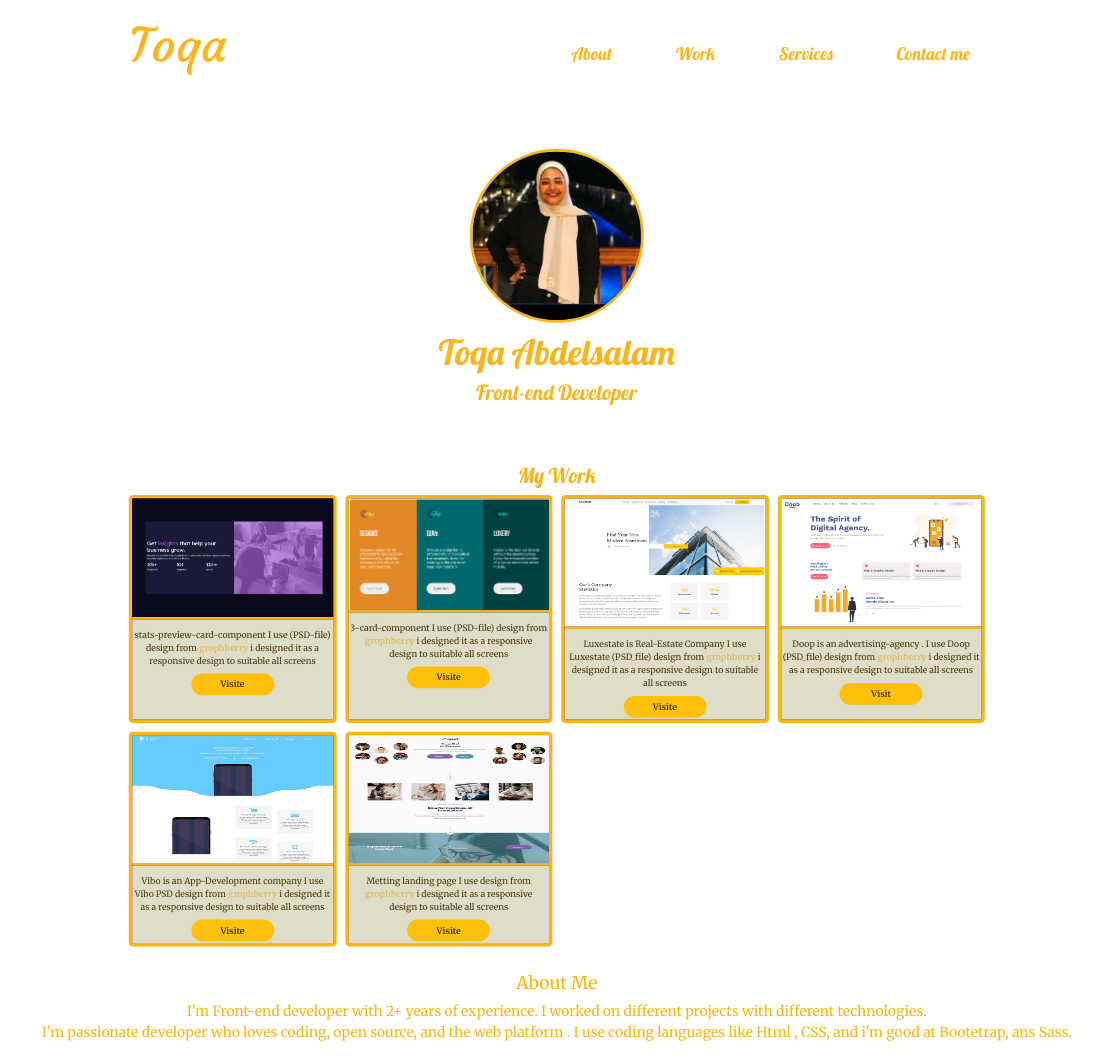
Repository: Toqa-25/portfolio
Page: index.html
These files come from the project's save history. The page is drawn as it stood at one moment and after a run of saves; the edit follows.
The browser window is 1280 px wide. The pictures show the whole page, at 87% of full size.
Some web fonts or font styles are not loaded; a fallback is used.

Above is the page before, as saved 2021-10-31 18:13:18.

After the next 2 saves:
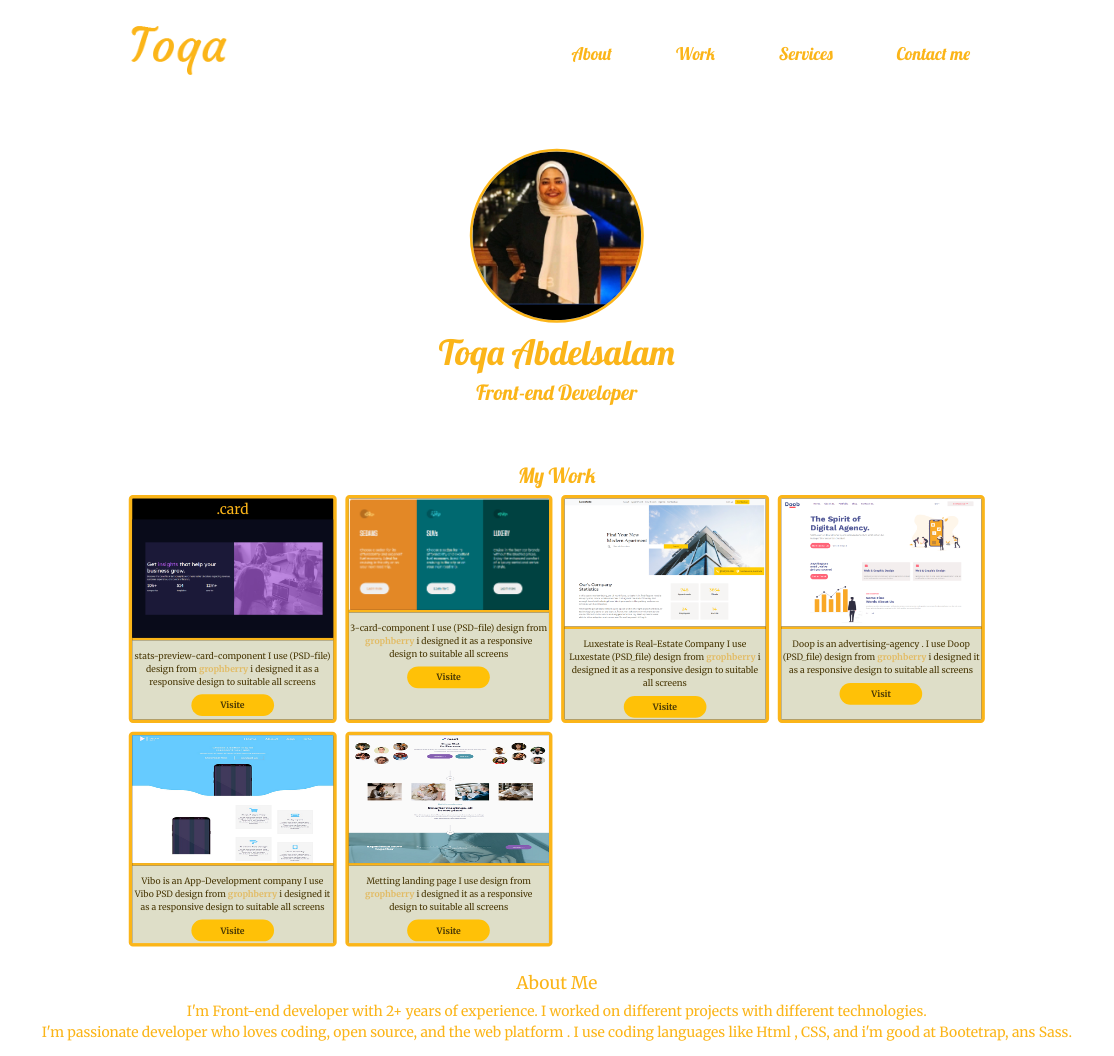
The 2 saves are shown as one change because they came seconds apart.
The last was saved 29 s later.
--- a/index.html
+++ b/index.html
@@ -71,6 +71,7 @@
           <h4 class="work-head">My Work</h4>
           <div class="work-content">
       <div class="project card" role="menu">
+        .card
         <img src="images/toqa-25.github.io_stats-preview-card-component-main_.png" alt="">
         <p>stats-preview-card-component
       I use  (PSD-file) design from <span> <a href="https://www.frontendmentor.io/">grophberry</a></span>

After the 2 saves that followed:
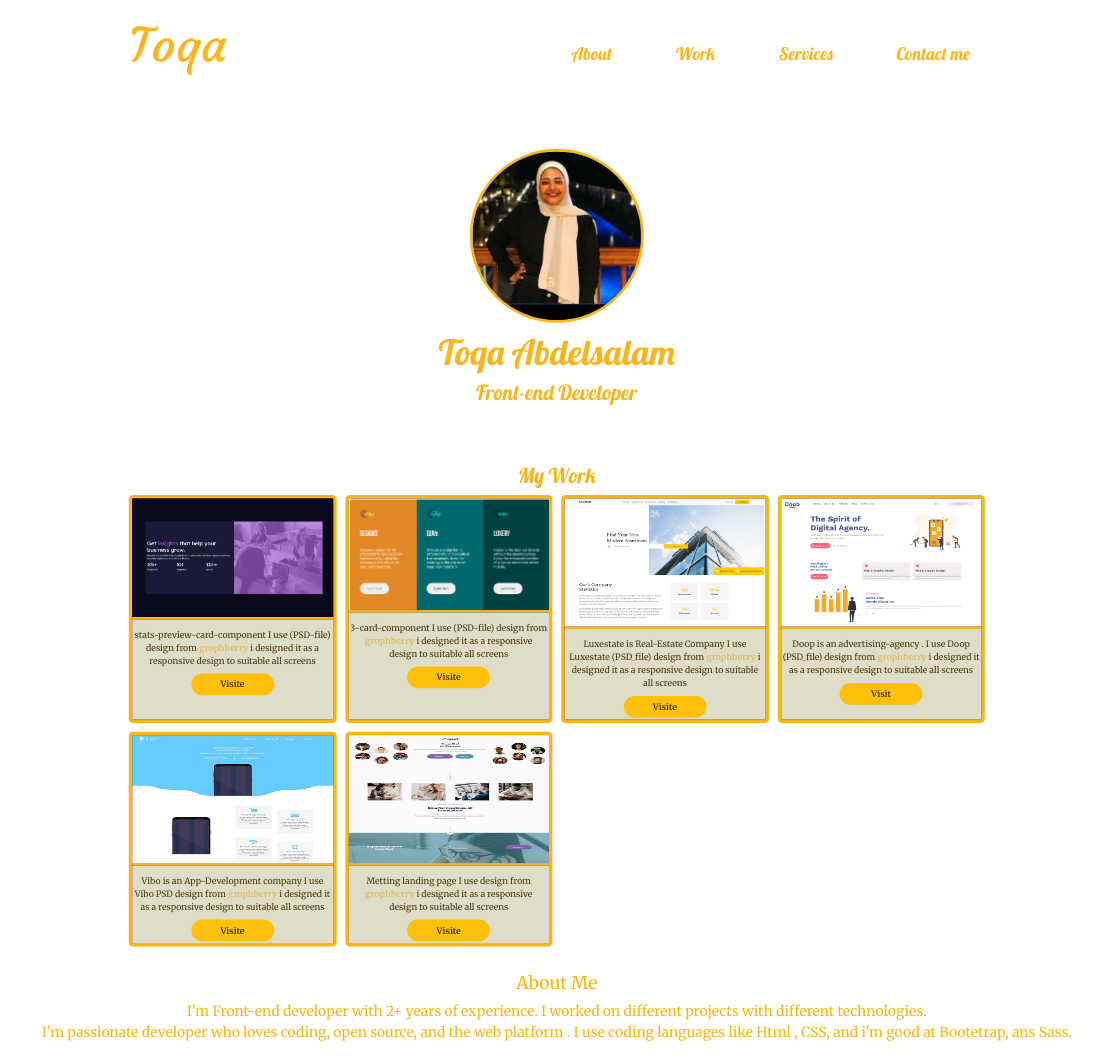
The 2 saves are shown as one change because they came seconds apart.
The last was saved 7 s later.
--- a/index.html
+++ b/index.html
@@ -71,8 +71,10 @@
           <h4 class="work-head">My Work</h4>
           <div class="work-content">
       <div class="project card" role="menu">
-        .card
-        <img src="images/toqa-25.github.io_stats-preview-card-component-main_.png" alt="">
+        <div class="card-img">
+
+          <img src="images/toqa-25.github.io_stats-preview-card-component-main_.png" alt="">
+        </div>
         <p>stats-preview-card-component
       I use  (PSD-file) design from <span> <a href="https://www.frontendmentor.io/">grophberry</a></span>
   i designed it as a responsive design to suitable all screens <br>
